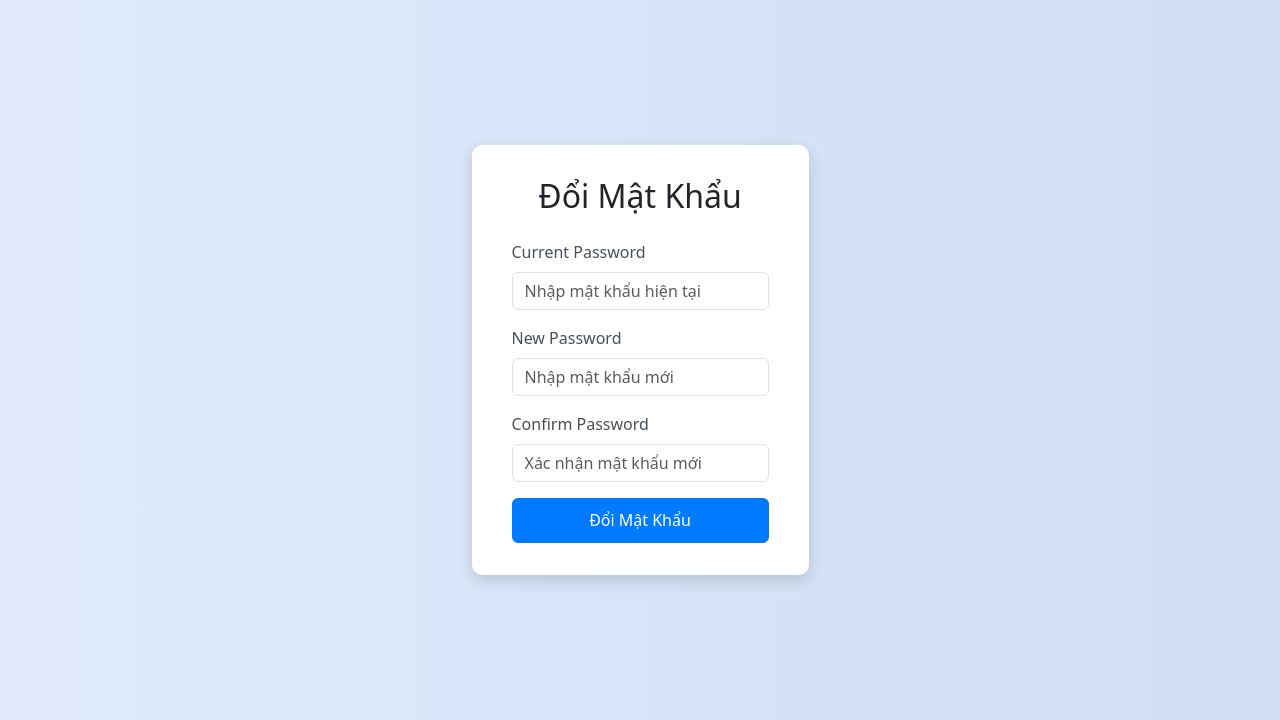
Repository: manhtdxxx/Tour-Booking-Webapp
Page: http://localhost/bookingTour/changepassword.jsp
The author's editor kept a copy of each file at every save. The page is drawn from the files as they stood at one save, then again after a run of saves.
The browser window is 1280 px wide. The pictures show the whole page.
The page is served by Tomcat 9.

Above is the page before, as saved 2024-11-10 16:10:30.

After the next 2 saves:
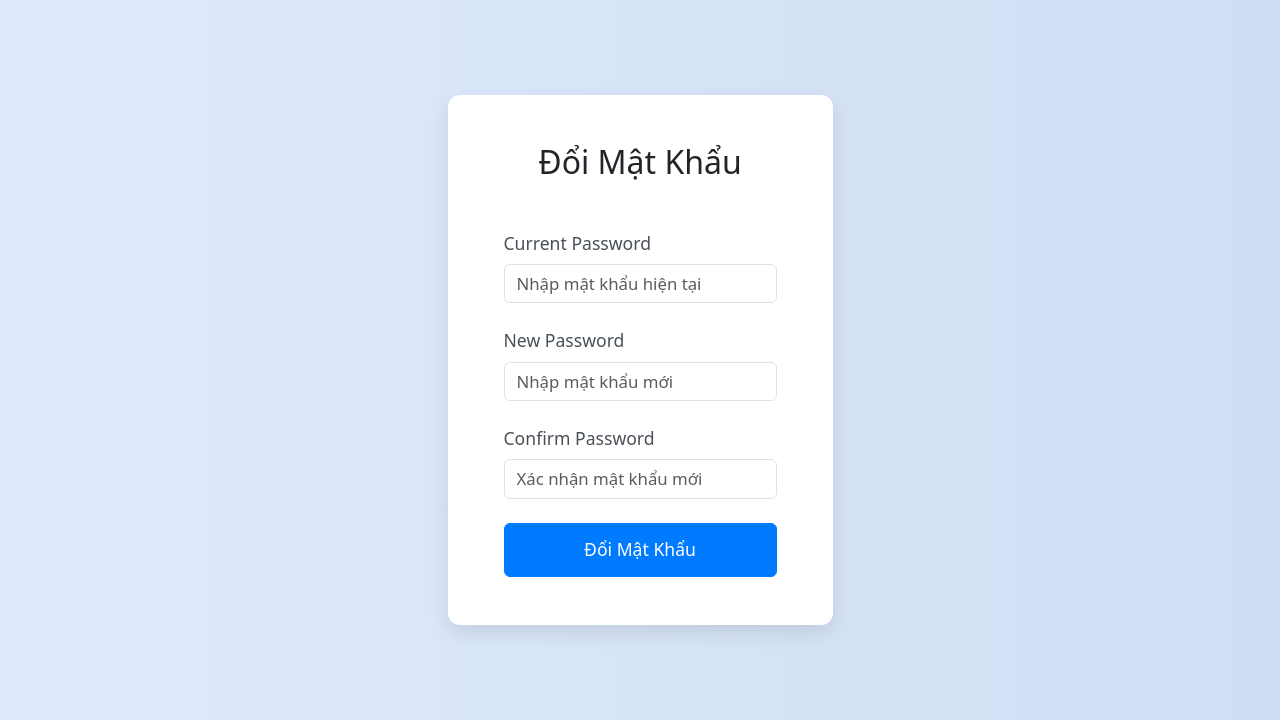
The 2 saves are shown as one change because they came seconds apart.
The last was saved 93 s later.
--- a/bookingTour/src/main/webapp/changepassword.jsp
+++ b/bookingTour/src/main/webapp/changepassword.jsp
@@ -13,31 +13,36 @@
 body {
 	background: linear-gradient(to right, #e0eafc, #cfdef3);
 }
-/* Centered form container with more padding and rounded corners */
+/* Expanded form container with larger padding and increased width */
 .form-container {
 	max-width: 600px;
-	padding: 2rem 2.5rem;
+	padding: 3rem 3.5rem;
 	background-color: #ffffff;
-	border-radius: 10px;
-	box-shadow: 0 6px 16px rgba(0, 0, 0, 0.15);
-	margin: 0 1rem;
+	border-radius: 12px;
+	box-shadow: 0 8px 20px rgba(0, 0, 0, 0.1);
+	margin: 0 1.5rem;
 }
-/* Form labels in a soft gray */
+/* Form label styling with larger font size */
 .form-label {
 	color: #495057;
+	font-size: 1.1rem;
 }
-/* Improved button style with smooth hover effect */
+/* Form control styling with slightly larger font */
+.form-control {
+	font-size: 1.05rem;
+}
+/* Enhanced button styling with smooth hover effect */
 .btn-primary {
 	background-color: #007bff;
 	border-color: #007bff;
-	padding: 0.6rem;
-	font-size: 1rem;
+	padding: 0.8rem;
+	font-size: 1.1rem;
 	transition: background-color 0.3s, box-shadow 0.3s;
 }
 
 .btn-primary:hover {
 	background-color: #0056b3;
-	box-shadow: 0 4px 10px rgba(0, 91, 187, 0.3);
+	box-shadow: 0 6px 12px rgba(0, 91, 187, 0.3);
 }
 </style>
 </head>
@@ -45,20 +50,20 @@ body {
 <body class="d-flex align-items-center justify-content-center vh-100">
 
 	<div class="form-container">
-		<h2 class="text-center mb-4">Đổi Mật Khẩu</h2>
+		<h2 class="text-center mb-5">Đổi Mật Khẩu</h2>
 
 		<form action="change-password" method="post">
-			<div class="mb-3">
+			<div class="mb-4">
 				<label for="currentPassword" class="form-label">Current Password</label> <input type="password"
 					class="form-control" id="currentPassword" name="currentPassword"
 					placeholder="Nhập mật khẩu hiện tại" required>
 			</div>
-			<div class="mb-3">
+			<div class="mb-4">
 				<label for="newPassword" class="form-label">New Password</label> <input type="password"
 					class="form-control" id="newPassword" name="newPassword" placeholder="Nhập mật khẩu mới"
 					required>
 			</div>
-			<div class="mb-3">
+			<div class="mb-4">
 				<label for="confirmPassword" class="form-label">Confirm Password</label> <input type="password"
 					class="form-control" id="confirmPassword" name="confirmPassword"
 					placeholder="Xác nhận mật khẩu mới" required>
